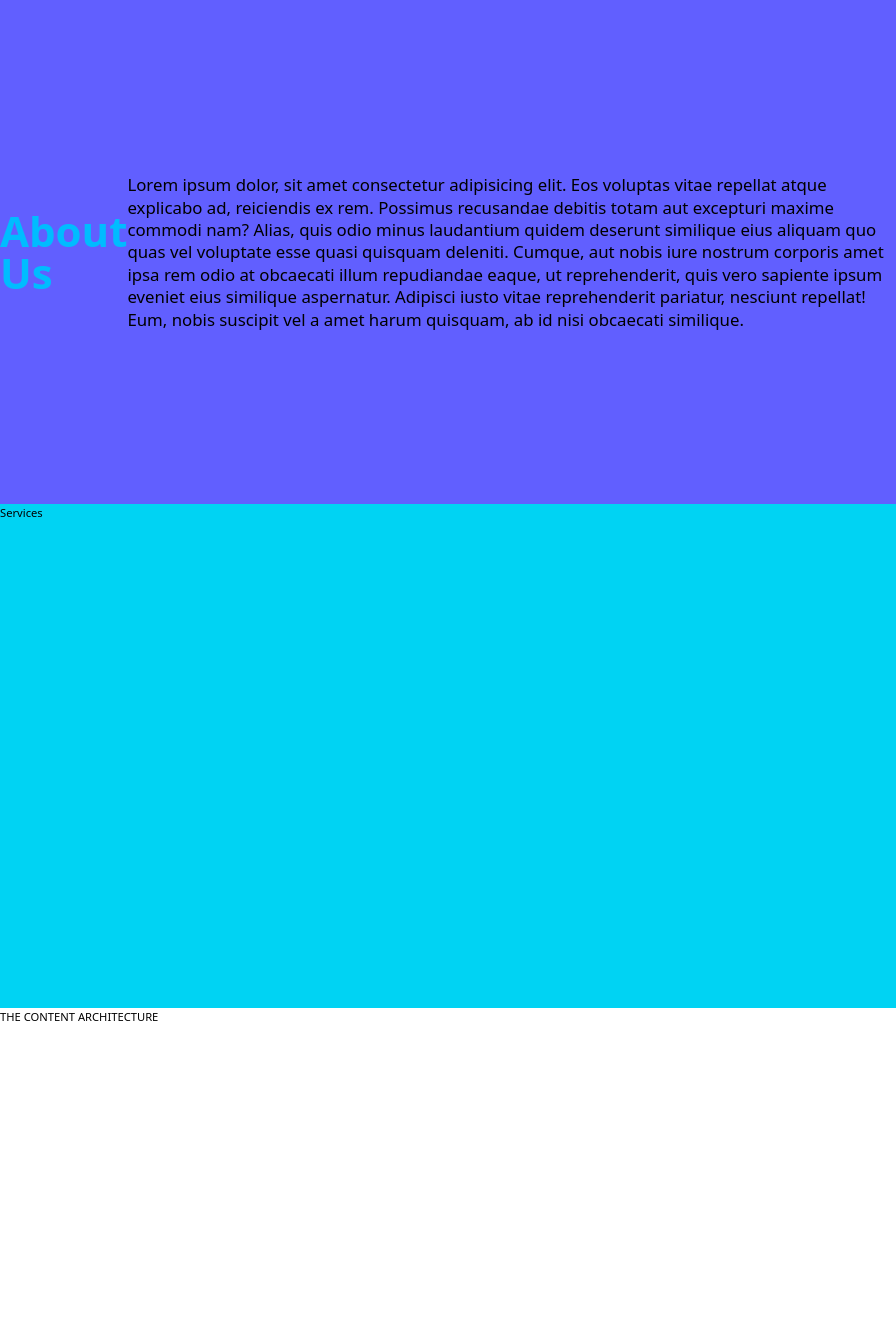
Repository: ajay-maurya-dev/Login
Page: /
An editor plug-in stored every save of this project. The page is shown before and after the next save, followed by the edit.
The browser window is 1280 px wide. The pictures show the part of the page from y = 720 to 2620 px (the page is 2880 px tall), at 70% of full size.
Backgrounds fixed to the window are drawn as part of the page. The project was rebuilt for these pictures with package versions that can differ from the ones it lists, and the page was loaded fresh each time. Also part of the build but not shown: vite.config.js.

Above is the page before, as saved 2026-10-24 23:39:41.

After the next save:
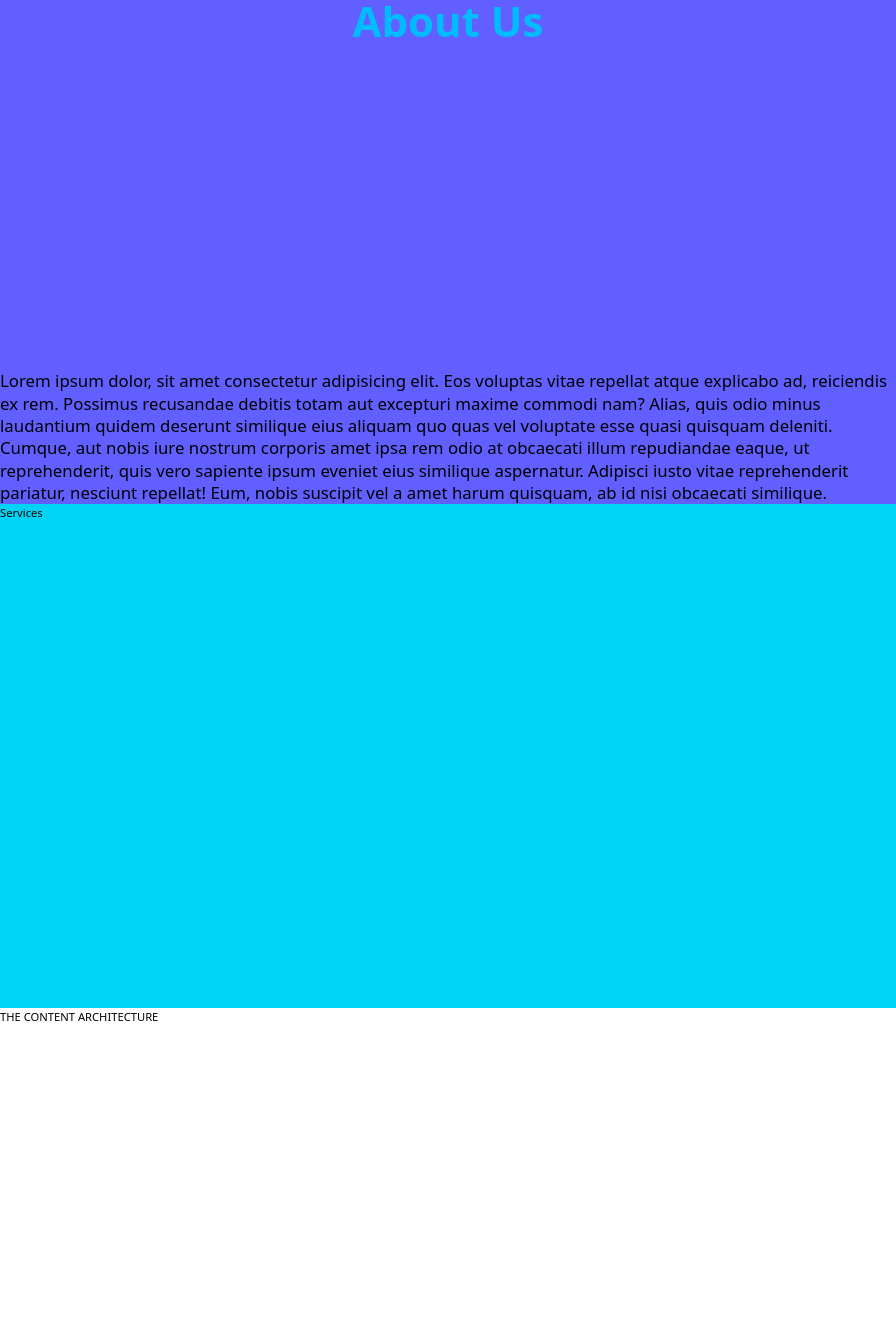
Saved 6 s later.
--- a/src/components/About.jsx
+++ b/src/components/About.jsx
@@ -2,7 +2,7 @@
 
 function About() {
   return (
-    <div className="w-full min-h-screen bg-indigo-500 z-10 text-2xl dark:bg-black dark:text-white bg-fixed flex justify-center items-center">
+    <div className="w-full min-h-screen bg-indigo-500 z-10 text-2xl dark:bg-black dark:text-white bg-fixed flex justify-center items-center flex-col">
         <h4 className="text-6xl font-extrabold text-sky-400 flex-1">About Us</h4>
         <div className="">
         <p className="">Lorem ipsum dolor, sit amet consectetur adipisicing elit. Eos voluptas vitae repellat atque explicabo ad, reiciendis ex rem. Possimus recusandae debitis totam aut excepturi maxime commodi nam? Alias, quis odio minus laudantium quidem deserunt similique eius aliquam quo quas vel voluptate esse quasi quisquam deleniti. Cumque, aut nobis iure nostrum corporis amet ipsa rem odio at obcaecati illum repudiandae eaque, ut reprehenderit, quis vero sapiente ipsum eveniet eius similique aspernatur. Adipisci iusto vitae reprehenderit pariatur, nesciunt repellat! Eum, nobis suscipit vel a amet harum quisquam, ab id nisi obcaecati similique.</p>
